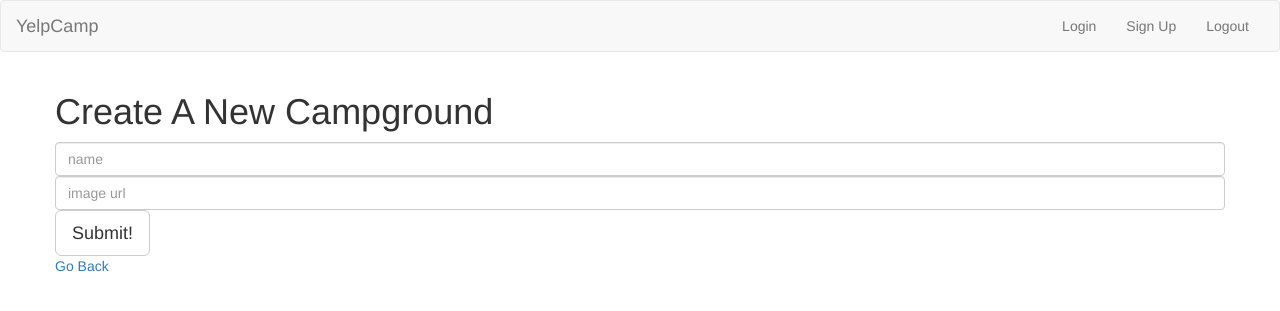
Repository: demioke/web-development-bootcamp
Page: http://localhost/campgrounds/new
The author's editor kept a record of every edit. The page is drawn from the files as they stood at one moment, then again after the next edit.
The browser window is 1280 px wide. The pictures show the whole page.
The page is served by the project's Node server (YelpCamp/v1/app.js).

Above is the page before.

After the next edit:
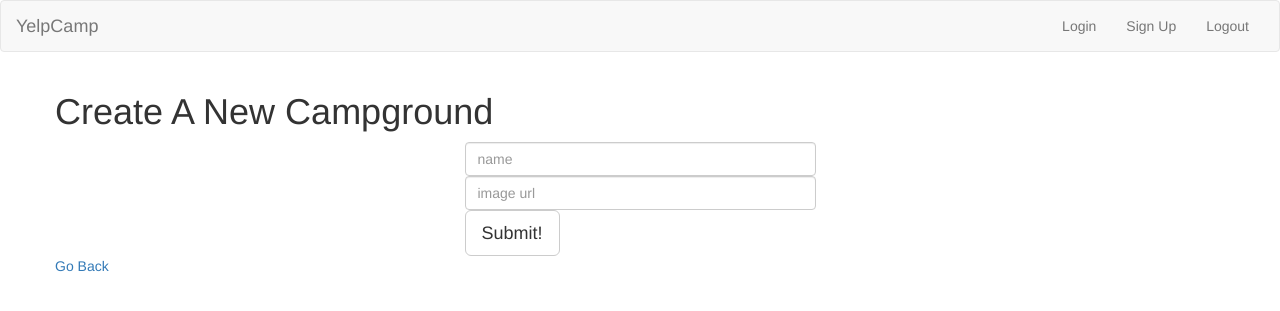
The edit:
--- a/YelpCamp/v1/views/new.ejs
+++ b/YelpCamp/v1/views/new.ejs
@@ -3,7 +3,7 @@
 <div class="container">
     <div class="row">
         <h1>Create A New Campground</h1>
-        <div>
+        <div style="width: 30%; margin: 0 auto;">
             <form action="/campgrounds" method="POST">
                 <input class="form-control" type="text" name="name" placeholder="name">
                 <input class="form-control" type="text" name="image" placeholder="image url">
